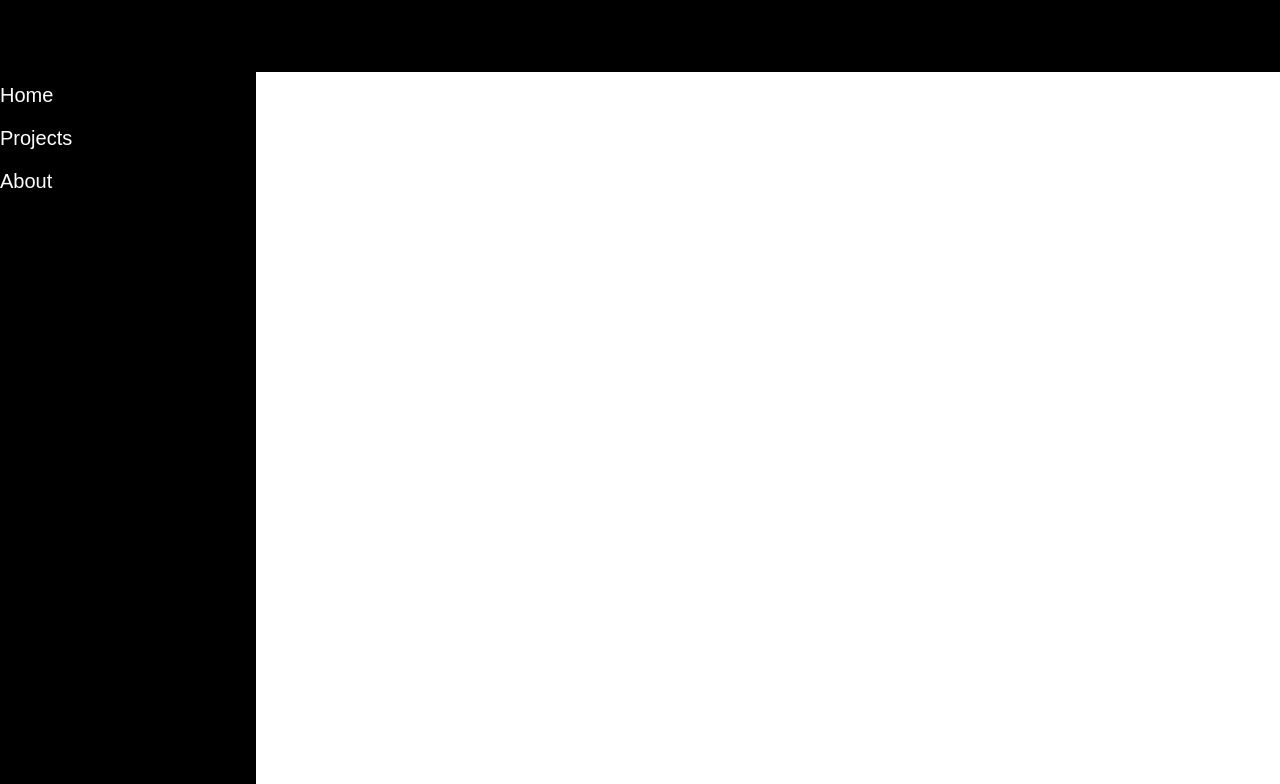
Repository: josephinel6/josephinel6.github.io
Page: index.html
These files come from the project's save history. The page is drawn as it stood at one moment and after the next save; the edit follows.
The browser window is 1280 px wide. The pictures show the whole page.

Above is the page before, as saved 2023-04-04 10:37:42.

### index.html
<!DOCTYPE html>
<html>

<head>
    <style>
        :root.light {
            --color-bg: white;
            --color-menu-text: black;
        }

        :root.dark {
            --color-bg: black;
            --color-menu-text: white;
        }

        /* :root {
            --color-bg: black;
        } */

        html,
        body {
            height: 100%;
            width: 100%;
            margin: 0;
            padding: 0;
        }

        #menu {
            height: 100%;
            width: 20%;
            margin-top: 5%;
            position: absolute;
            background-color: var(--color-bg);
        }

        #topbar {
            width: 100%;
            height: 10%;
            position: absolute;
            background-color: var(--color-bg);
        }

        .menutext {
            color: var(--color-menu-text);
            font-family: sans-serif;
            font-size: 20px;
        }
    </style>
    <script type="module" src="https://cdn.jsdelivr.net/gh/zerodevx/zero-md@2/dist/zero-md.min.js"></script>
</head>

<body>
    <div id="menu">
        <div>
            <p class="menutext"> Home </p>
            <p class="menutext"> Projects </p>
            <p class="menutext"> About </p>
        </div>
    </div>
    <div id="topbar">

    </div>
    <script>
        window.onload = function () {
            document.documentElement.classList.remove("light")
            document.documentElement.classList.add("dark")
            window.localStorage.setItem('mode', 'dark');
            console.log("dark")
        }

        function openpage(pageName, elmnt) {
            var i, tabcontent, tablinks;
            tabcontent = document.getElementsByClassName("tabcontent");
            for (i = 0; i < tabcontent.length; i++) {
                tabcontent[i].style.display = "none";
            }
            tablinks = document.getElementsByClassName("tablink");
            for (i = 0; i < tablinks.length; i++) {
                tablinks[i].style.backgroundColor = "";
            }
            document.getElementById(pageName).style.display = "block";

            document.body.scrollTop = 0;
            document.documentElement.scrollTop = 0;
            console.log("ducks")
        }
    </script>

</body>

</html>

After the next save:
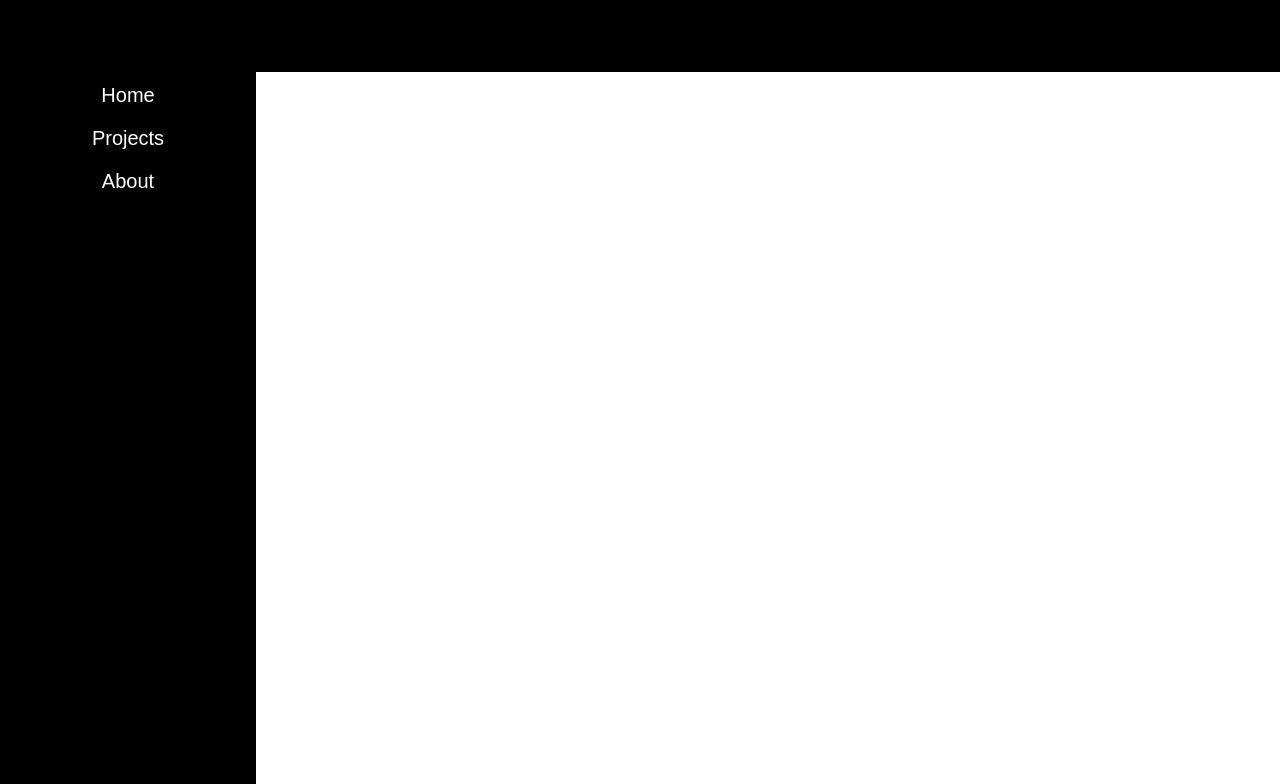
Saved 14 s later.
--- a/index.html
+++ b/index.html
@@ -52,9 +52,11 @@
 <body>
     <div id="menu">
         <div>
-            <p class="menutext"> Home </p>
-            <p class="menutext"> Projects </p>
-            <p class="menutext"> About </p>
+            <CENTER>
+                <p class="menutext"> Home </p>
+                <p class="menutext"> Projects </p>
+                <p class="menutext"> About </p>
+            </CENTER>
         </div>
     </div>
     <div id="topbar">
